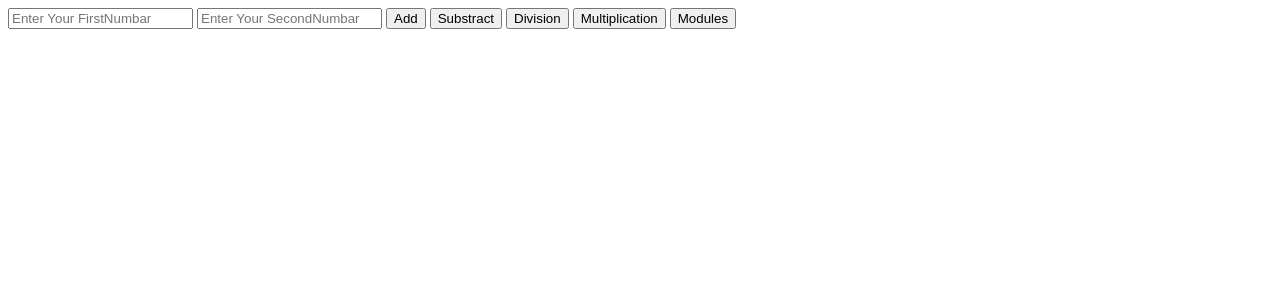
Repository: Rudra-Shiva74/JSP
Page: http://localhost/Check2/
These files come from the project's save history. The page is drawn as it stood at one moment and after a run of saves; the edit follows.
The browser window is 1280 px wide. The pictures show the whole page.
The page is served by Tomcat 10. Other server files are loaded and not shown.

Above is the page before, as saved 2023-09-02 19:44:57.

### Check2/src/main/webapp/index.jsp
<%@ page language="java" contentType="text/html; charset=UTF-8"
	pageEncoding="UTF-8"%>
<!DOCTYPE html>
<html>
<head>
<meta charset="UTF-8">
<title>Login Here</title>
</head>
<body>
	<form action="Abhishek" method="post">
		<input type="number" placeholder="Enter Your FirstNumbar"
			name="num1" /> <input type="number"
			placeholder="Enter Your SecondNumbar" name="num2" /> <input
			type="submit" value="Add" name="action" /> <input type="submit"
			value="Substract" name="action" /> <input type="submit"
			value="Division" name="action" /> <input type="submit"
			value="Multiplication" name="action" /> <input type="submit"
			value="Modules" name="action" />
	</form>
</body>
</html>

After the next 2 saves:
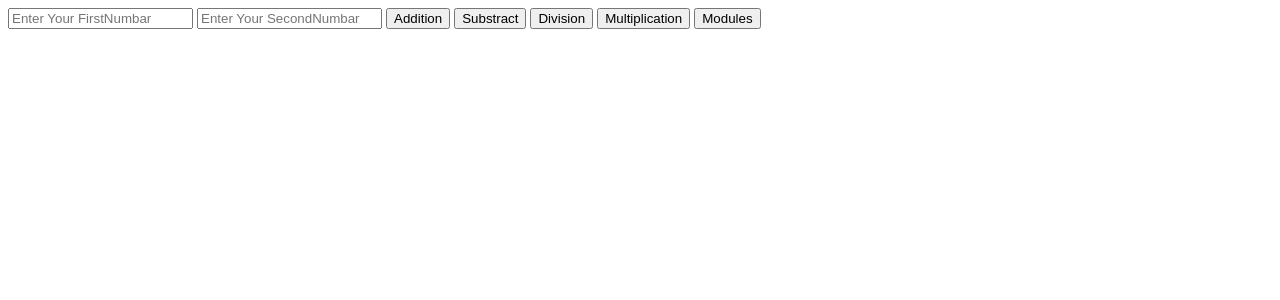
The 2 saves are shown as one change because they came seconds apart.
The last was saved 19 s later.
--- a/Check2/src/main/webapp/index.jsp
+++ b/Check2/src/main/webapp/index.jsp
@@ -11,7 +11,7 @@
 		<input type="number" placeholder="Enter Your FirstNumbar"
 			name="num1" /> <input type="number"
 			placeholder="Enter Your SecondNumbar" name="num2" /> <input
-			type="submit" value="Add" name="action" /> <input type="submit"
+			type="submit" value="Addition" name="action" /> <input type="submit"
 			value="Substract" name="action" /> <input type="submit"
 			value="Division" name="action" /> <input type="submit"
 			value="Multiplication" name="action" /> <input type="submit"
